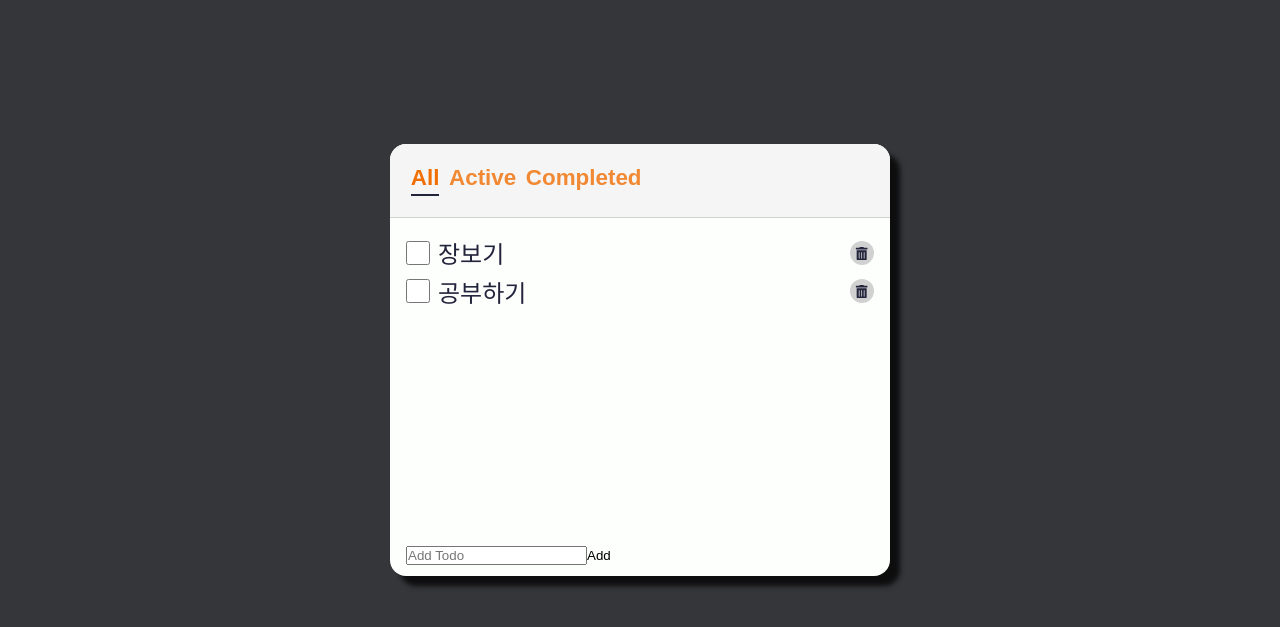
Repository: MrJinkyu/TodoList
Page: /
An editor plug-in stored every save of this project. The page is shown before and after a run of saves, followed by the edit.
The browser window is 1280 px wide. The pictures show the whole page.
The project was rebuilt for these pictures with package versions that can differ from the ones it lists, and the page was loaded fresh each time.

Above is the page before, as saved 2023-05-01 14:51:53.

After the next 2 saves:
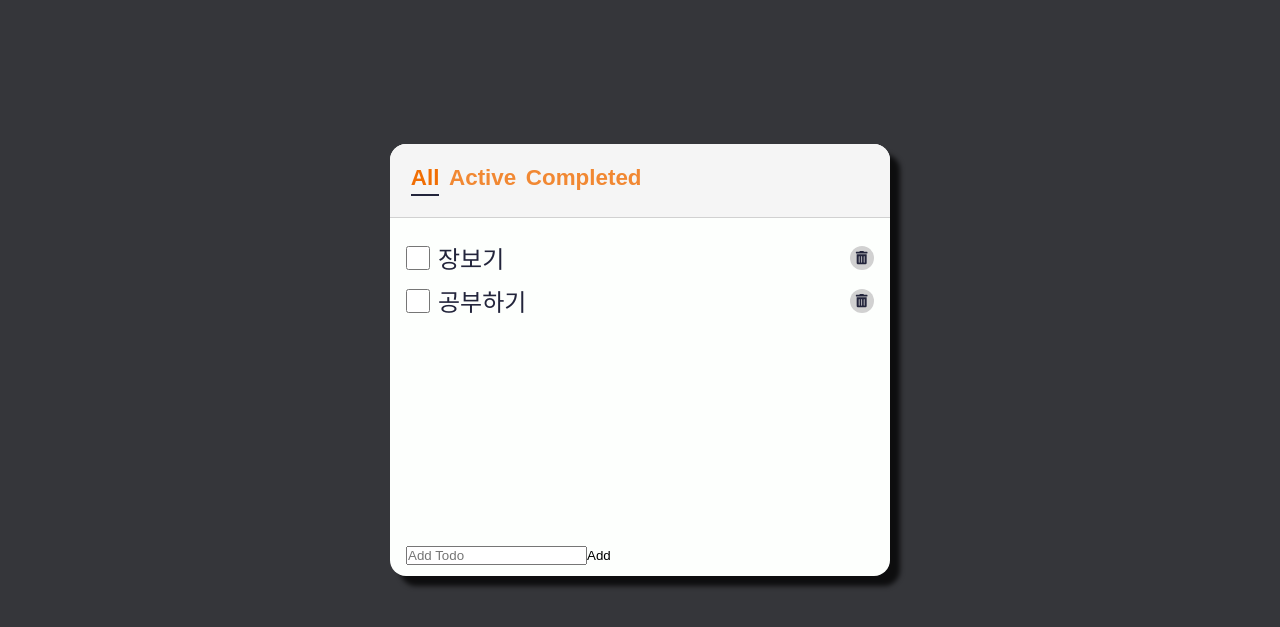
The 2 saves are shown as one change because they came seconds apart.
The last was saved 8 s later.
--- a/src/components/Todo.module.css
+++ b/src/components/Todo.module.css
@@ -2,7 +2,7 @@
     display: flex;
     justify-content: space-between;
     align-items: center;
-    margin: 0.2rem 0;
+    margin: 0.5rem 0;
 }
 
 .checkbox{
